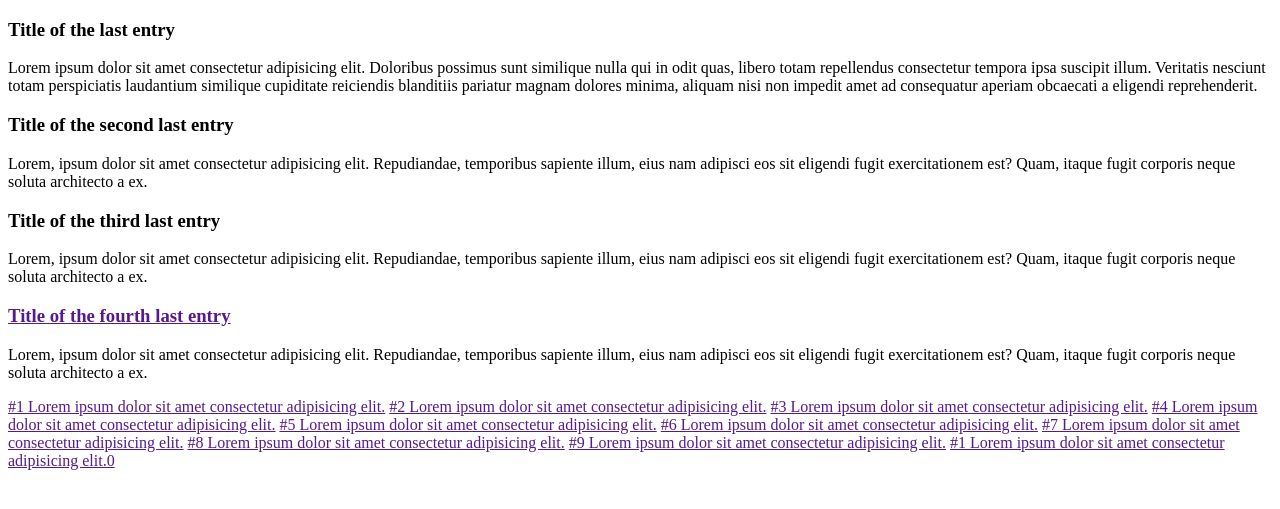
Repository: KikiMcArron/Don_Kiki_McArron
Page: index.html
These files come from the project's save history. The page is drawn as it stood at one moment and after the next save; the edit follows.
The browser window is 1280 px wide. The pictures show the whole page.

Above is the page before, as saved 2022-04-10 19:22:42.

### index.html
<!DOCTYPE html>
<html lang="pl">

<head>
    <meta charset="UTF-8">
    <meta http-equiv="X-UA-Compatible" content="IE=edge">
    <meta name="viewport" content="width=device-width, initial-scale=1.0">
    <title>Document</title>
</head>

<body>
    <header>
        <nav></nav>
    </header>
    <main>
        <section class="last_entrie">
            <article>
                <h3>Title of the last entry</h3>
                <p>Lorem ipsum dolor sit amet consectetur adipisicing elit. Doloribus possimus sunt similique nulla qui in odit quas, libero totam repellendus consectetur tempora ipsa suscipit illum. Veritatis nesciunt totam
                    perspiciatis laudantium similique cupiditate reiciendis blanditiis pariatur magnam dolores minima,
                    aliquam nisi non impedit amet ad consequatur aperiam obcaecati a eligendi reprehenderit.</p>

            </article>
        </section>
        <section class="prev_entries">
            <article>
                <h3>Title of the second last entry</h3>
                <p>Lorem, ipsum dolor sit amet consectetur adipisicing elit. Repudiandae, temporibus sapiente illum,
                    eius nam adipisci eos sit eligendi fugit exercitationem est? Quam, itaque fugit corporis neque
                    soluta architecto a ex.</p>
                </article>
                <article>
                    <h3>Title of the third last entry</h3>
                    <p>Lorem, ipsum dolor sit amet consectetur adipisicing elit. Repudiandae, temporibus sapiente illum,
                        eius nam adipisci eos sit eligendi fugit exercitationem est? Quam, itaque fugit corporis neque
                        soluta architecto a ex.</p>
                    </article>
                    <article>
                <a href=""><h3>Title of the fourth last entry</h3></a>
                <p>Lorem, ipsum dolor sit amet consectetur adipisicing elit. Repudiandae, temporibus sapiente illum,
                    eius nam adipisci eos sit eligendi fugit exercitationem est? Quam, itaque fugit corporis neque
                    soluta architecto a ex.</p>
            </article>
        </section>
        <section class="hitory_entries">
            <a href=""> #1 Lorem ipsum dolor sit amet consectetur adipisicing elit.</a>
            <a href=""> #2 Lorem ipsum dolor sit amet consectetur adipisicing elit.</a>
            <a href=""> #3 Lorem ipsum dolor sit amet consectetur adipisicing elit.</a>
            <a href=""> #4 Lorem ipsum dolor sit amet consectetur adipisicing elit.</a>
            <a href=""> #5 Lorem ipsum dolor sit amet consectetur adipisicing elit.</a>
            <a href=""> #6 Lorem ipsum dolor sit amet consectetur adipisicing elit.</a>
            <a href=""> #7 Lorem ipsum dolor sit amet consectetur adipisicing elit.</a>
            <a href=""> #8 Lorem ipsum dolor sit amet consectetur adipisicing elit.</a>
            <a href=""> #9 Lorem ipsum dolor sit amet consectetur adipisicing elit.</a>
            <a href=""> #1 Lorem ipsum dolor sit amet consectetur adipisicing elit.0</a>

        </section>
    </main>
    <aside class="notes"></aside>
    <aside class="projects"></aside>
    <footer></footer>
</body>

</html>

After the next save:
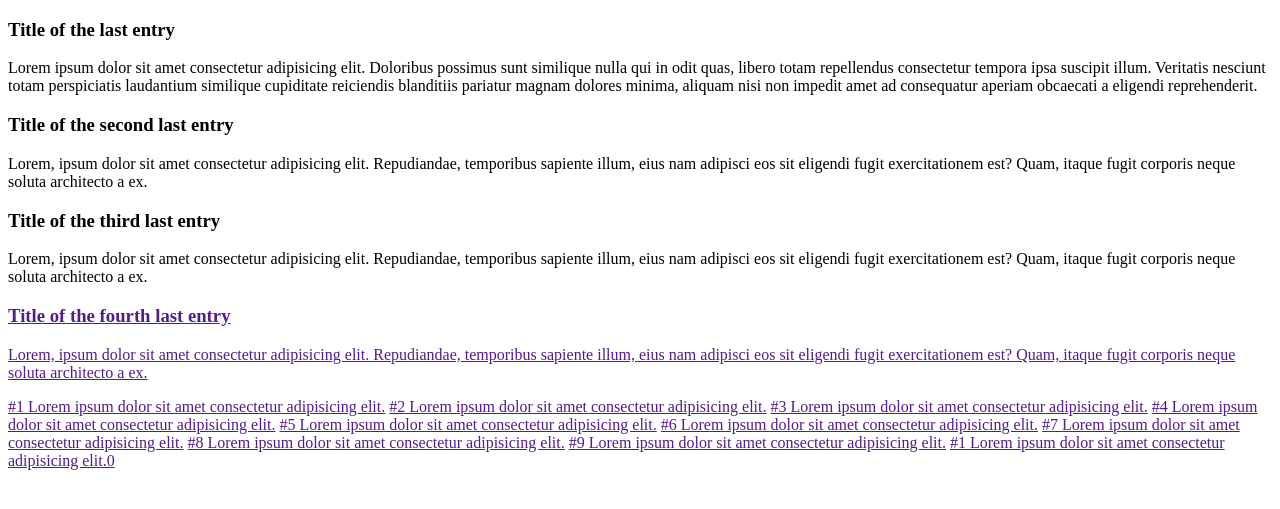
Saved 24 s later.
--- a/index.html
+++ b/index.html
@@ -36,7 +36,7 @@
                         soluta architecto a ex.</p>
                     </article>
                     <article>
-                <a href=""><h3>Title of the fourth last entry</h3></a>
+                <a href=""><h3>Title of the fourth last entry</h3>
                 <p>Lorem, ipsum dolor sit amet consectetur adipisicing elit. Repudiandae, temporibus sapiente illum,
                     eius nam adipisci eos sit eligendi fugit exercitationem est? Quam, itaque fugit corporis neque
                     soluta architecto a ex.</p>
